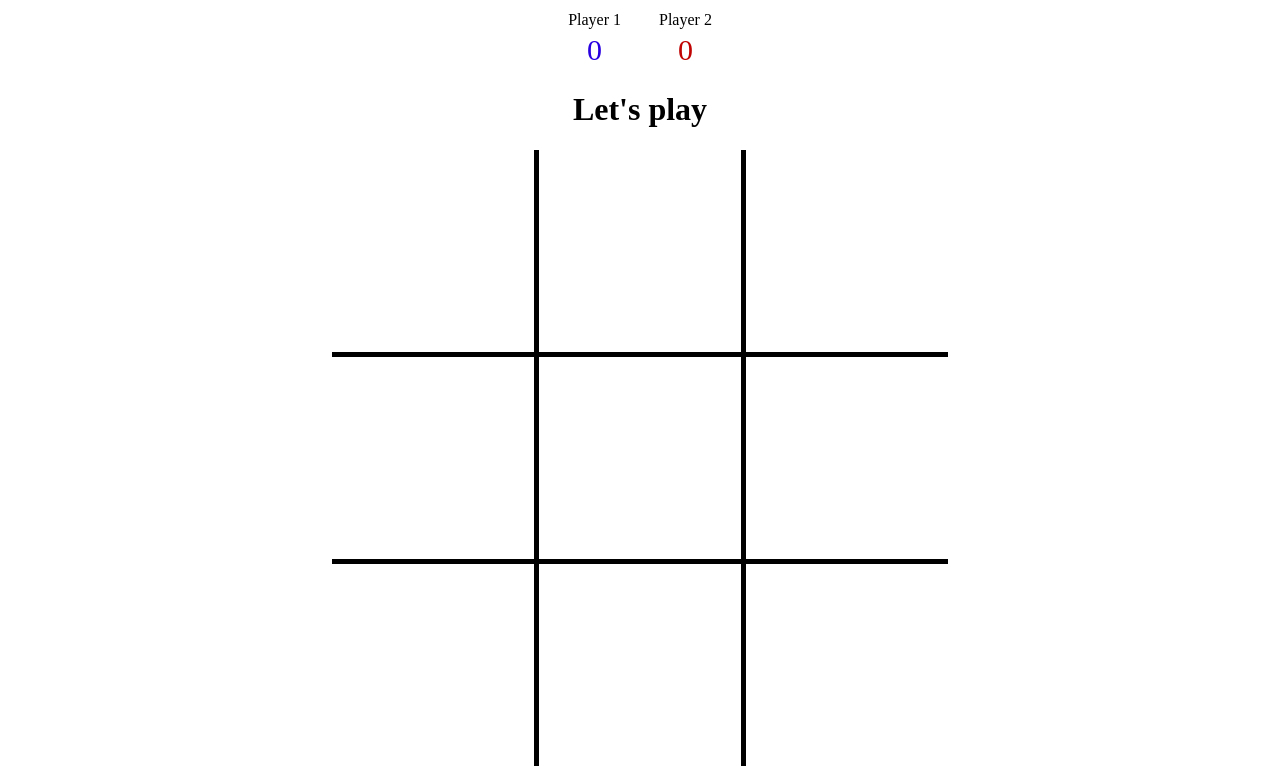
Repository: anas-essaguiar/epita.advancedWeb
Page: tictatoe/index.html
An editor plug-in stored every save of this project. The page is shown before and after the next save, followed by the edit.
The browser window is 1280 px wide. The pictures show the whole page.

Above is the page before, as saved 2021-04-23 16:07:25.
Console error: TypeError: Cannot set properties of null (setting 'innerHTML')

### tictatoe/index.html
<!DOCTYPE html>
<html>

<head>
    <meta charset="UTF-8">
    <title>TIC TAC TOE</title>
    <link rel="stylesheet" href="style.css">
</head>

<body>
    <table id="scoreboard" align="center">
        <tr>
            <td> Player 1 </td>
            <td width="30"> &nbsp; </td>
            <td> Player 2 </td>
        </tr>
        <tr>
            <td class="score" id="player1">
                0
            </td>
            <td> &nbsp; </td>
            <td class="score" id="player2">
                0
            </td>
        </tr>
    </table>
    <h1>Let's play</h1>
    <table id="table1" align="center">
        <tr>
            <td class="col"></td>
            <td class="col"></td>
            <td class="col"></td>
        </tr>
        <tr>
            <td class="col"></td>
            <td class="col"></td>
            <td class="col"></td>
        </tr>
        <tr>
            <td class="col"></td>
            <td class="col"></td>
            <td class="col"></td>
        </tr>
    </table>


    <script type="text/javascript" defer src="js/app.js"></script>
</body>

</html>

### tictatoe/style.css
body {
    font: normal 16px comic sans ms;
    text-align: center;
  }
.col{
    border: 5px solid black;
    width: 200px;
    height: 200px;
}

#players {
	display: flex;
	width: 50%;
	margin: auto;
}
#scoreboard .score {
    text-align: center;
    font-size: 30px
  }

  #scoreboard .score#player1 {
    color: #2900e0;
  }

  #scoreboard .score#player2 {
    color: #c00404;
  }



#table1 {
    border-collapse: collapse;
    border-style: hidden;
    color: black;
    border-spacing: 10px;
    border-collapse: collapse;
}


  .col:hover {
	background-color: grey;
}

### tictatoe/js/app.js
// Define all the elements
let cols = document.querySelectorAll(".col");
let a1 = document.querySelector('.a1');
let a2 = document.querySelector('.a2');
let a3 = document.querySelector('.a3');
let b1 = document.querySelector('.b1');
let b2 = document.querySelector('.b2');
let b3 = document.querySelector('.b3');
let c1 = document.querySelector('.c1');
let c2 = document.querySelector('.c2');
let c3 = document.querySelector('.c3');

// Set the scrore from localstorage
if (localStorage.getItem('scrore_1') == null) {
    document.querySelector('.player1_score').innerHTML = 0;
    localStorage.setItem('scrore_1', 0);

}
if (localStorage.getItem('scrore_2') == null) {
    document.querySelector('.player2_score').innerHTML = 0;
    localStorage.setItem('scrore_2', 0);
}

document.querySelector('.player1_score').innerHTML = localStorage.getItem('scrore_1');
document.querySelector('.player2_score').innerHTML = localStorage.getItem('scrore_2');

let current_player = 1;
let game_win = false;

cols.forEach((col) => {
    col.onclick = (e) => {
        // on efface les messages
        clearMsg();

        // Checked if the player can click on the cell
        if (!game_win) {
            if (e.target.innerHTML == "") {
                // Put the symbol in the col
                e.target.innerHTML = document.querySelector('.player' + current_player + '_play').innerHTML;

                game_win = checkGame();

                if (game_win) {
                    // alert(document.querySelector('.player'+current_player+'_name').innerHTML + " win the game !");
                    showMsg(document.querySelector(
                        '.player' + current_player + '_name').innerHTML + " win the game !<br />" +
                        'Do you want to play again ? <a href="">Clique here !</a>'
                    );

                    // Here we manage the scrore with localstorage
                    localStorage.setItem('scrore_' + current_player, parseInt(localStorage.getItem('scrore_' + current_player)) + 1);

                    document.querySelector('.player' + current_player + '_score').innerHTML = localStorage.getItem('scrore_' + current_player);
                } else {
                    // remove the active class from the current_player
                    document.querySelector(".player" + current_player).classList.remove("active");

                    // Switch the current_player after playing
                    if (current_player == 1) {
                        current_player = 2;
                    } else {
                        current_player = 1;
                    }

                    // Add the active class to current_player
                    document.querySelector(".player" + current_player).classList.add("active");
                }
            } else {
                // When a player play in a not empty cell
                showMsg('You can play here someone alreay play there !');
            }
        } else {
            // When the game is ended
            showMsg('The game is over !');
        }
    }
});

After the next save:
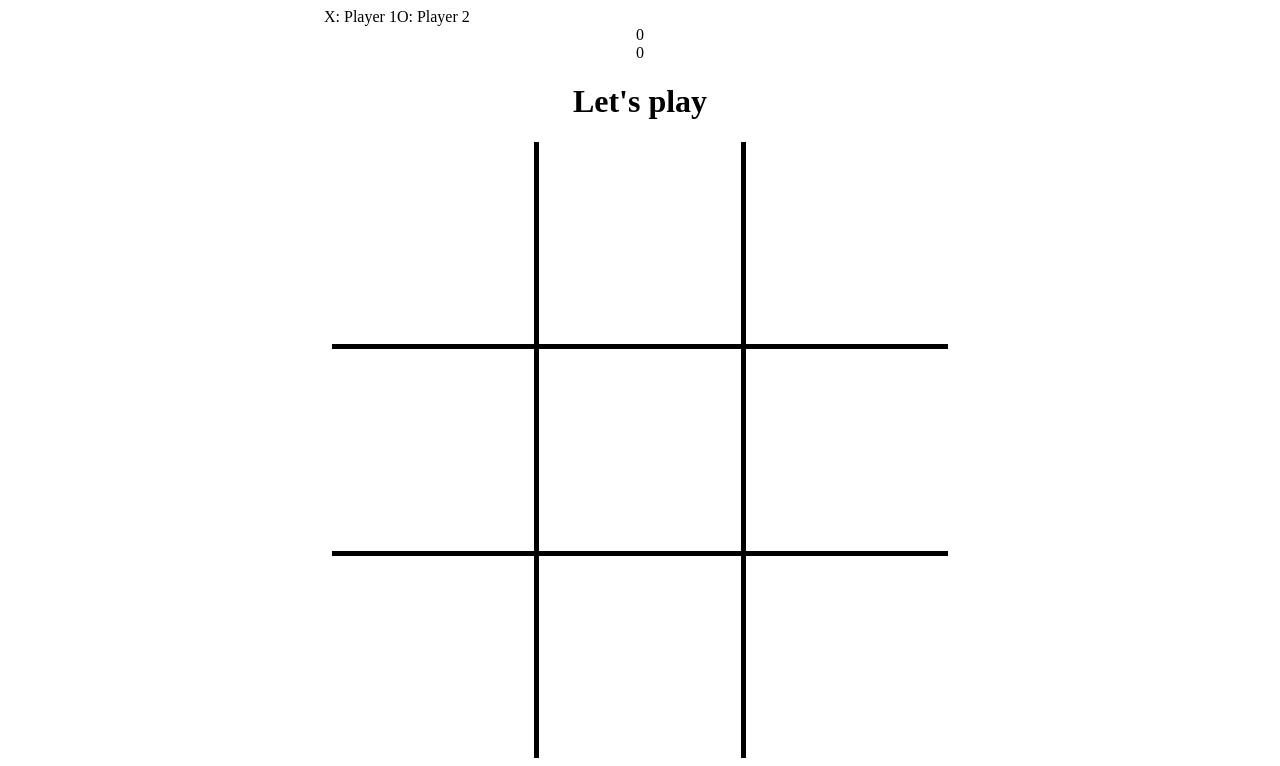
The error is gone.
Saved 89 s later.
--- a/tictatoe/index.html
+++ b/tictatoe/index.html
@@ -8,22 +8,28 @@
 </head>
 
 <body>
-    <table id="scoreboard" align="center">
-        <tr>
-            <td> Player 1 </td>
-            <td width="30"> &nbsp; </td>
-            <td> Player 2 </td>
-        </tr>
-        <tr>
-            <td class="score" id="player1">
-                0
-            </td>
-            <td> &nbsp; </td>
-            <td class="score" id="player2">
-                0
-            </td>
-        </tr>
-    </table>
+    <!-- Names for the players -->
+    <div id="players">
+        <div class="player1 player active">
+            <span class="player1_play">X</span>: <span class="player1_name">Player 1</span>
+        </div>
+        <div class="player2 player">
+            <span class="player2_play">O</span>: <span class="player2_name">Player 2</span>
+        </div>
+    </div>
+
+    <!-- Scores for the players -->
+    <div id="scores">
+        <div class="score">
+            <span class="player1_score">0</span>
+        </div>
+        <div class="score">
+            <span class="player2_score">0</span>
+        </div>
+    </div>
+
+    <!-- message div -->
+    <div id="msg"></div>
     <h1>Let's play</h1>
     <table id="table1" align="center">
         <tr>
